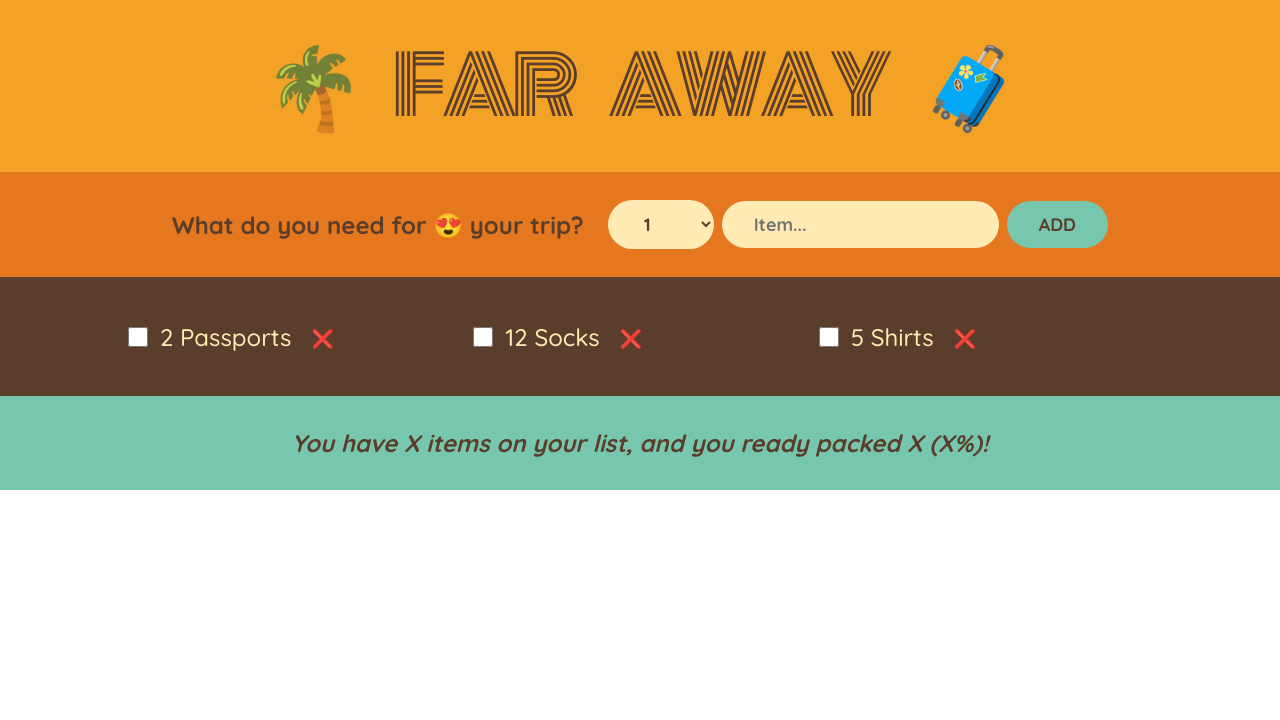
Repository: Wanter56/Travel-List
Page: /
These files come from the project's save history. The page is drawn as it stood at one moment and after the next save; the edit follows.
The browser window is 1280 px wide. The pictures show the whole page.
The project was rebuilt for these pictures with package versions that can differ from the ones it lists, and the page was loaded fresh each time.

Above is the page before, as saved 2025-11-03 21:51:58.

### public/index.html
<!DOCTYPE html>
<html lang="en">

<head>
  <meta charset="utf-8" />
  <link rel="icon" href="%PUBLIC_URL%/favicon.ico" />
  <meta name="viewport" content="width=device-width, initial-scale=1" />
  <meta name="theme-color" content="#000000" />
  <meta name="description" content="Web site created using create-react-app" />
  <link rel="apple-touch-icon" href="%PUBLIC_URL%/logo192.png" />
  <!--
      manifest.json provides metadata used when your web app is installed on a
      user's mobile device or desktop. See https://developers.google.com/web/fundamentals/web-app-manifest/
    -->
  <link rel="manifest" href="%PUBLIC_URL%/manifest.json" />
  <!--
      Notice the use of %PUBLIC_URL% in the tags above.
      It will be replaced with the URL of the `public` folder during the build.
      Only files inside the `public` folder can be referenced from the HTML.

      Unlike "/favicon.ico" or "favicon.ico", "%PUBLIC_URL%/favicon.ico" will
      work correctly both with client-side routing and a non-root public URL.
      Learn how to configure a non-root public URL by running `npm run build`.
    -->
  <title>Travel-List</title>
</head>

<body>
  <noscript>You need to enable JavaScript to run this app.</noscript>
  <div id="root"></div>
  <!--
      This HTML file is a template.
      If you open it directly in the browser, you will see an empty page.

      You can add webfonts, meta tags, or analytics to this file.
      The build step will place the bundled scripts into the <body> tag.

      To begin the development, run `npm start` or `yarn start`.
      To create a production bundle, use `npm run build` or `yarn build`.
    -->
</body>

</html>

### src/App.js
import { useState } from "react";

const initialItems = [
  { id: 1, description: "Passports", quantity: 2, packed: false },
  { id: 2, description: "Socks", quantity: 12, packed: false },
  { id: 3, description: "Shirts", quantity: 5, packed: false },
];
export default function App() {
  return (
    <div>
      <Logo />
      <Form />
      <PackingList />
      <Stats />
    </div>
  );
}
function Logo() {
  return <h1>🌴 Far Away 🧳</h1>;
}
function Form() {
  const [description, setDescription] = useState("");
  const [quantity, setQuantity] = useState(1);
  const newItem = { description, quantity, packed: false, id: Date.now() };
  function handleSubmit(e) {
    if (!description) return;
    e.preventDefault();
    console.log(newItem);
    setDescription("");
    setQuantity(1);
  }
  return (
    <form className="add-form" onSubmit={handleSubmit}>
      <h3>What do you need for 😍 your trip?</h3>
      <select value={quantity} onChange={(e) => setQuantity(Number(e.target.value))}>
        {Array.from({ length: 20 }, (_, i) => i + 1).map((num) => (
          <option value={num} key={num}>
            {num}
          </option>
        ))}
      </select>
      <input type="text" placeholder="Item..." value={description} onChange={(e) => setDescription(e.target.value)} />
      <button>Add</button>
    </form>
  );
}
function PackingList() {
  return (
    <div className="list">
      <ul>
        {initialItems.map((item) => (
          <li key={item.id}>
            <input type="checkbox" />
            <span style={{ textDecoration: item.packed ? "line-through" : "none" }}>
              {item.quantity} {item.description}
            </span>
            <button>❌</button>
          </li>
        ))}
      </ul>
    </div>
  );
}
function Stats() {
  return (
    <footer className="stats">
      <em>You have X items on your list, and you ready packed X (X%)!</em>
    </footer>
  );
}

Loaded but not shown: src/index.js (common file); src/index.css (common file)

After the next save:
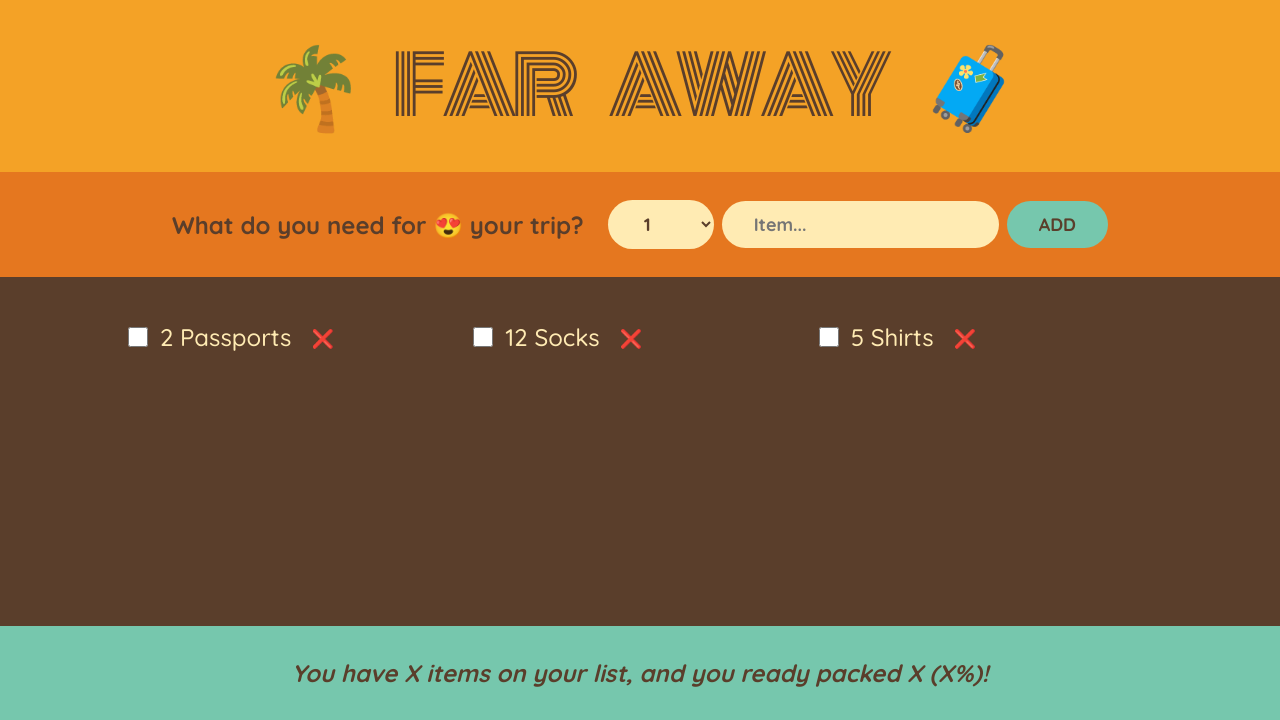
Saved 11 h 49 min later.
--- a/src/App.js
+++ b/src/App.js
@@ -7,7 +7,7 @@
 ];
 export default function App() {
   return (
-    <div>
+    <div className="app">
       <Logo />
       <Form />
       <PackingList />
